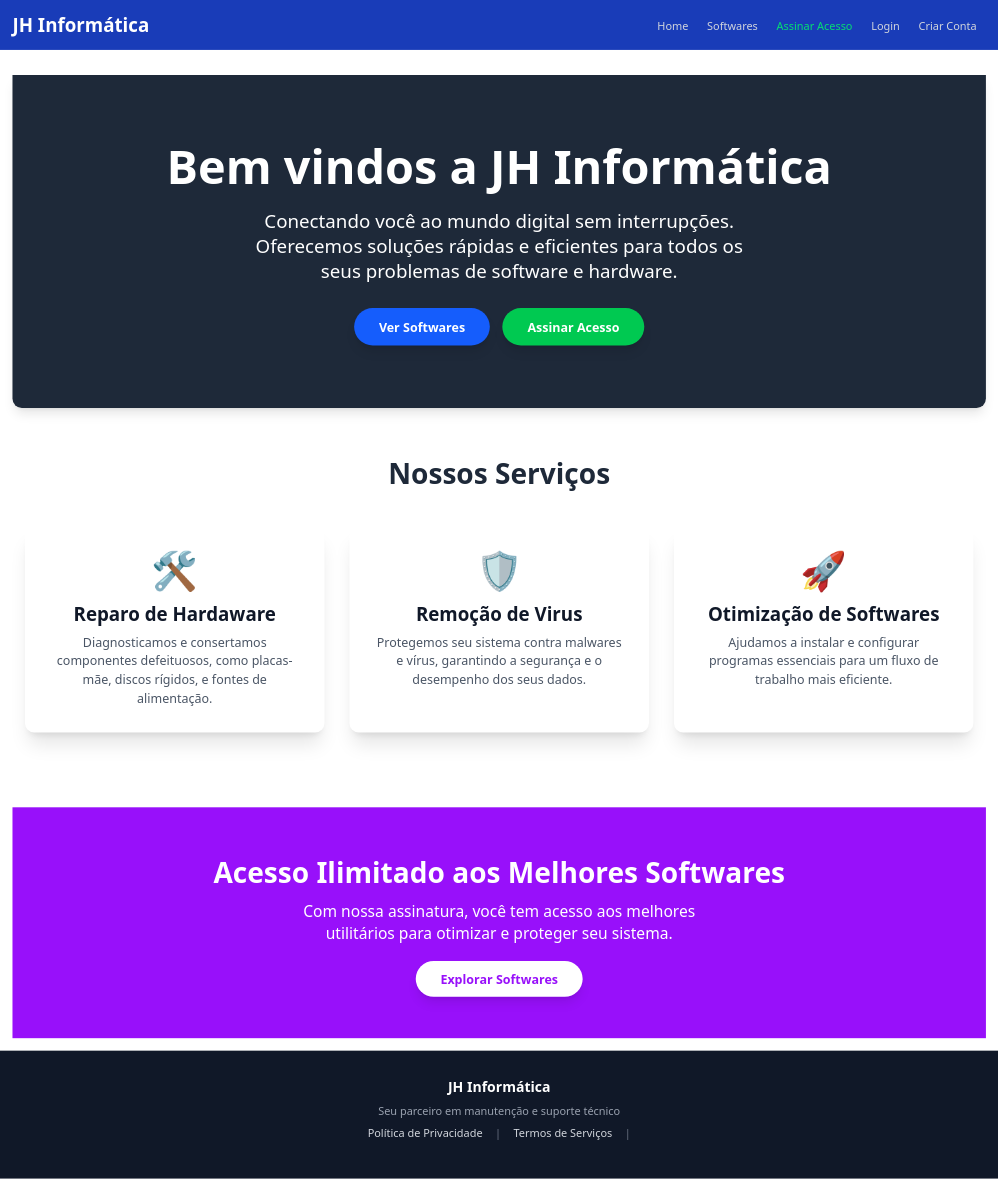
Repository: estevam02009/jh-info
Page: / (app in frontend/)
An editor plug-in stored every save of this project. The page is shown before and after the next save, followed by the edit.
The browser window is 1280 px wide. The pictures show the whole page, at 78% of full size.
The project was rebuilt for these pictures with package versions that can differ from the ones it lists, and the page was loaded fresh each time. Also part of the build but not shown: frontend/src/pages/Login.jsx, frontend/src/pages/Register.jsx, frontend/src/pages/Dashboard.jsx, frontend/src/components/ProtectedRoute.jsx, frontend/src/pages/SoftwareList.jsx, frontend/src/pages/SoftwareDetails.jsx, frontend/src/pages/SoftwareManagement.jsx, frontend/src/pages/PaymentPage.jsx and 1 more.

Above is the page before, as saved 2025-07-13 13:55:45.

### frontend/index.html
<!doctype html>
<html lang="en">
  <head>
    <meta charset="UTF-8" />
    <link rel="icon" type="image/svg+xml" href="/vite.svg" />
    <meta name="viewport" content="width=device-width, initial-scale=1.0" />
    <title>JH Informática</title>
  </head>
  <body>
    <div id="root"></div>
    <script type="module" src="/src/main.jsx"></script>
  </body>
</html>

### frontend/src/main.jsx
// src/main.jsx
import React from 'react';
import ReactDOM from 'react-dom/client';
import App from './App.jsx';
import './index.css'; // Para estilos globais
import { BrowserRouter } from 'react-router-dom';
import { AuthProvider } from './context/AuthContext.jsx'; // Contexto de Autenticação

ReactDOM.createRoot(document.getElementById('root')).render(
    <React.StrictMode>
        <BrowserRouter>
            <AuthProvider> {/* O AuthProvider envolve toda a aplicação */}
                <App />
            </AuthProvider>
        </BrowserRouter>
    </React.StrictMode>,
);

### frontend/src/App.jsx
import React from "react";
import {Link, Routes, Route} from "react-router-dom";
import Login from "./pages/Login.jsx";
import Register from "./pages/Register.jsx";
import Home from "./pages/Home.jsx";
import Dashboard from "./pages/Dashboard.jsx";
import ProtectedRoute from "./components/ProtectedRoute";
import SoftwareList from "./pages/SoftwareList";
import SoftwareDetails from "./pages/SoftwareDetails";
import SoftwareManagement from "./pages/SoftwareManagement";
import PaymentPage from "./pages/PaymentPage";
import MySoftwares from "./pages/MySoftwares.jsx";
import { useAuth } from "./context/AuthContext";


const App = () => {

    const { user, logout } = useAuth(); // Obtém o estado do usuário e a função de logout

    return (
        <>
            <nav className="bg-blue-800 p-4">
                <div className="container mx-auto flex justify-between items-center">
                    <Link to="/" className="text-white text-2xl font-bold">JH Informática</Link>
                    <div>
                        <Link to="/" className="text-gray-300 hover:bg-white hover:text-blue-500 px-3 py-2 rounded-md text-sm font-medium">Home</Link>
                        <Link to="/softwares" className="text-gray-300 hover:bg-white hover:text-blue-500 px-3 py-2 rounded-md text-sm font-medium">Softwares</Link>

                        {/* Link para a página de Pagamento/Assinatura */}
                        {!user?.hasPaidAccess && (
                            <Link to="/subscribe" className="text-green-400 hover:bg-gray-700 hover:text-green-200 px-3 py-2 rounded-md text-sm font-medium">Assinar Acesso</Link>
                        )}

                    {/*    Links visiveis apenas se o usuário estiver logado    */}
                        {user ? (
                            <>
                                <Link to="/dashboard" className="text-gray-300 hover:bg-white hover:text-blue-500 px-3 py-2 rounded-md text-sm font-medium">Dashboard</Link>
                                {user.hasPaidAccess && ( // Mostrar "Meus Softwares" apenas se tiver pago
                                    <Link to="/my-softwares" className="text-gray-300 hover:bg-white hover:text-blue-500 px-3 py-2 rounded-md text-sm font-medium">Meus Softwares</Link>
                                )}
                            {/* Link para gerenciamento de softwares - visivel apenas para admins logados */}
                                {user.role === "admin" && (
                                    <Link to="/admin/softwares" className="text-gray-300 hover:bg-white hover:text-blue-500 px-3 py-2 rounded-md text-sm font-medium">Gerenciar Softwares</Link>
                                )}
                                <button
                                    onClick={logout}
                                    className="bg-red-600 hover:bg-red-800 px-3 py-2 rounded-md text-sm text-white font-medium ml-4"
                                >Sair</button>
                            </>
                        ) : (

                            <>
                                {/* Links visivéis apenas se o usuário não estiver logado */}
                                <Link to="/login" className="text-gray-300 hover:bg-white hover:text-blue-500 px-3 py-2 rounded-md text-sm font-medium">Login</Link>
                                <Link to="/register" className="text-gray-300 hover:bg-white hover:text-blue-500 px-3 py-2 rounded-md text-sm font-medium">Criar Conta</Link>
                            </>
                        )}
                    </div>
                </div>
            </nav>

            {/* Conteúdo principal*/}
            <div className="container mx-auto p-4 mt-4">
                <Routes>
                    <Route path="/" element={<Home />} />
                    <Route path="/login" element={<Login />} />
                    <Route path="/register" element={<Register />} />

                    <Route path="/softwares" element={<SoftwareList />} /> {/* <-- Nova Rota */}
                    <Route path="/softwares/:id" element={<SoftwareDetails />} />

                    {/* Rota para a página de assinatura. É acessível se o usuário estiver logado ou não, mas a lógica de pagamento exige login */}
                    <Route path="/subscribe" element={<PaymentPage />} />

                {/* Rotas protegidas */}
                    <Route element={<ProtectedRoute />}>
                        <Route path="/dashboard" element={<Dashboard />}></Route>
                        <Route path="/my-softwares" element={<MySoftwares />} />
                    </Route>

                    <Route element={<ProtectedRoute allowedRoles={['admin']} />}>
                        <Route path="/admin/softwares" element={<SoftwareManagement />} />
                    </Route>

                    <Route path="*" element={<h2 className="text-4xl font-bold text-red-500">404 - Página não encontrada</h2>}></Route>
                </Routes>
            </div>

            {/* Footer (Rodapé) */}
            <footer className='bg-gray-900 p-4 text-white py-8 px-4 mt-auto'>
                <div className="container mx-auto text-center">
                    <p className="text-lg font-bold mb-2">JH Informática</p>
                    <p className='text-sm text-gray-400 mb-2'>Seu parceiro em manutenção e suporte técnico</p>
                    <div className="flex justify-center space-x-4 mb-4">
                        <Link to="/privacy" className="text-gray-300 hover:text-white text-sm">Política de Privacidade</Link>
                        <span className="text-gray-500 text-sm">|</span>
                        <Link to="/terms" className="text-gray-300 hover:text-white text-sm">Termos de Serviços</Link>
                        <span className="text-gray-500 text-sm">|</span>
                    </div>
                </div>
            </footer>
        </>
    )
}

export default App;

### frontend/src/context/AuthContext.jsx
// src/context/AuthContext.jsx
import React, { createContext, useState, useEffect, useContext } from 'react';
import axios from 'axios';

const AuthContext = createContext();

export const AuthProvider = ({ children }) => {
    // O estado 'user' agora conterá o campo 'hasPaidAccess'
    const [user, setUser] = useState(null);
    const [token, setToken] = useState(null);
    const [loading, setLoading] = useState(true); // Para saber se o token está sendo verificado

    // Base da URL da sua API
    const API_URL = 'http://localhost:5000/api'; // Certifique-se que a porta está correta

    // Carrega o token e usuário do localStorage ao iniciar
    useEffect(() => {
        const storedToken = localStorage.getItem('token');
        const storedUser = localStorage.getItem('user');

        if (storedToken && storedUser) {
            setToken(storedToken);

            if (storedToken && storedUser) {
                setToken(storedToken);
                // Garante que o usuário no estado inclui 'hasPaidAccess'
                try {
                    const userData = JSON.parse(storedUser);
                    setUser(userData);
                } catch (error) {
                    console.error('Erro ao fazer parse do usuário do localStorage:', error);
                    localStorage.removeItem('token');
                    localStorage.removeItem('user');
                }
            }

            // Configura o token no cabeçalho padrão do Axios para todas as requisições
            axios.defaults.headers.common['Authorization'] = `Bearer ${storedToken}`;
        }
        setLoading(false);
    }, []);

    const login = async (email, password) => {
        try {
            const response = await axios.post(`${API_URL}/auth/login`, { email, password });
            const { token, hasPaidAccess, ...userData } = response.data; // Capture 'hasPaidAccess'

            setToken(token);
            // Certifique-se de que o objeto user no estado inclui hasPaidAccess
            setUser({ ...userData, hasPaidAccess: hasPaidAccess });

            localStorage.setItem('token', token);
            // Armazene o objeto de usuário completo no localStorage, incluindo 'hasPaidAccess'
            localStorage.setItem('user', JSON.stringify({ ...userData, hasPaidAccess: hasPaidAccess }));

            axios.defaults.headers.common['Authorization'] = `Bearer ${token}`; // Atualiza o header
            return response.data;
        } catch (error) {
            console.error('Erro de login:', error.response?.data || error.message);
            throw error.response?.data || { message: 'Erro ao fazer login' };
        }
    };

    // Função para atualizar o estado do usuário (útil após o pagamento)
    const updateUserAccessStatus = (updatedUser) => {
        setUser(updatedUser);
        localStorage.setItem('user', JSON.stringify(updatedUser));
    }

    const register = async (name, email, password, role = 'user') => {
        try {
            const response = await axios.post(`${API_URL}/auth/register`, { name, email, password, role });
            // Geralmente, após o registro, você pode logar o usuário automaticamente ou redirecioná-lo para a tela de login
            return response.data;
        } catch (error) {
            console.error('Erro de registro:', error.response?.data || error.message);
            throw error.response?.data || { message: 'Erro ao registrar' };
        }
    };

    const logout = () => {
        setToken(null);
        setUser(null);
        localStorage.removeItem('token');
        localStorage.removeItem('user');
        delete axios.defaults.headers.common['Authorization']; // Remove o header do Axios
    };

    return (
        <AuthContext.Provider value={{ user, token, loading, login, register, logout, updateUserAccessStatus }}>
            {children}
        </AuthContext.Provider>
    );
};

export const useAuth = () => useContext(AuthContext);

### frontend/src/pages/Home.jsx
import React from 'react';
import { Link } from 'react-router-dom';

const Home = () => {
    return (
        <div className="flex flex-col items-center">

            {/* Seção Principal (Hero) */}
            <div className='bg-gray-800 text-white w-full py-20 px-4 text-center rounded-b-xl shadow-lg'>
                <h1 className='text-5xl md:text-6xl font-extrabold leading-tight mb-4'>
                    Bem vindos a JH Informática
                </h1>
                <p className='text-xl md:text-2xl font-light max-w-2xl mx-auto mb-8'>
                    Conectando você ao mundo digital sem interrupções. Oferecemos soluções rápidas e eficientes para todos os seus problemas de software e hardware.
                </p>
                <div className="flex justify-center space-x-4">
                    <Link
                        to="/softwares"
                        className="bg-blue-600 hover:bg-blue-700 text-white font-bold py-3 px-8 rounded-full shadow-lg transition duration-300"
                    >
                        Ver Softwares
                    </Link>
                    <Link
                        to="/subscribe"
                        className="bg-green-500 hover:bg-green-700 text-white font-bold py-3 px-8 rounded-full shadow-lg transition duration-300"
                    >
                        Assinar Acesso
                    </Link>
                </div>
            </div>

            {/* Seção nossos serviços */}
            <div className="container mx-auto py-16 px-4">
                <h2 className="text-4xl font-bold text-center text-gray-800 mb-12">Nossos Serviços</h2>
                <div className='grid grid-cols-1 md:grid-cols-2 lg:grid-cols-3 gap-8'>

                    {/* Card de Serviços */}
                    <div className='bg-white rounded-xl shadow-xl p-8 text-center transition-transform transform hover:scale-106 duration-300'>
                        <div className='text-5xl text-blue-600 mb-4'>🛠️</div>
                        <h3 className='text-2xl font-semibold text-gray-900 mb-2'>Reparo de Hardaware</h3>
                        <p className='text-gray-600'>
                            Diagnosticamos e consertamos componentes defeituosos, como placas-mãe, discos rígidos, e fontes de alimentação.
                        </p>
                    </div>

                    {/* Card de Serviços 2 */}
                    <div className='bg-white rounded-xl shadow-xl p-8 text-center transition-transform transform hover:scale-106 duration-300'>
                        <div className='text-5xl text-blue-600 mb-4'>🛡️</div>
                        <h3 className='text-2xl font-semibold text-gray-900 mb-2'>Remoção de Virus</h3>
                        <p className='text-gray-600'>
                            Protegemos seu sistema contra malwares e vírus, garantindo a segurança e o desempenho dos seus dados.
                        </p>
                    </div>

                    {/* Card de Serviços 2 */}
                    <div className='bg-white rounded-xl shadow-xl p-8 text-center transition-transform transform hover:scale-106 duration-300'>
                        <div className='text-5xl text-blue-600 mb-4'>🚀</div>
                        <h3 className='text-2xl font-semibold text-gray-900 mb-2'>Otimização de Softwares</h3>
                        <p className='text-gray-600'>
                            Ajudamos a instalar e configurar programas essenciais para um fluxo de trabalho mais eficiente.
                        </p>
                    </div>
                </div>
            </div>

            {/* Seção de chamada para a ação */}
            <div className="w-full bg-purple-600 text-white text-center py-16 px-4 mt-8">
                <h2 className="text-3xl md:text-4xl font-bold mb-4">Acesso Ilimitado aos Melhores Softwares</h2>
                <p className="text-lg md:text-xl font-light mb-8 max-w-xl mx-auto">
                    Com nossa assinatura, você tem acesso aos melhores utilitários para otimizar e proteger seu sistema.
                </p>
                <Link
                    to="/softwares"
                    className="bg-white text-purple-600 font-bold py-3 px-8 rounded-full shadow-lg transition duration-300 hover:bg-gray-100"
                >
                    Explorar Softwares
                </Link>
            </div>
        </div>
    )
}

export default Home;

Loaded but not shown: frontend/src/index.css (common file)

After the next save:
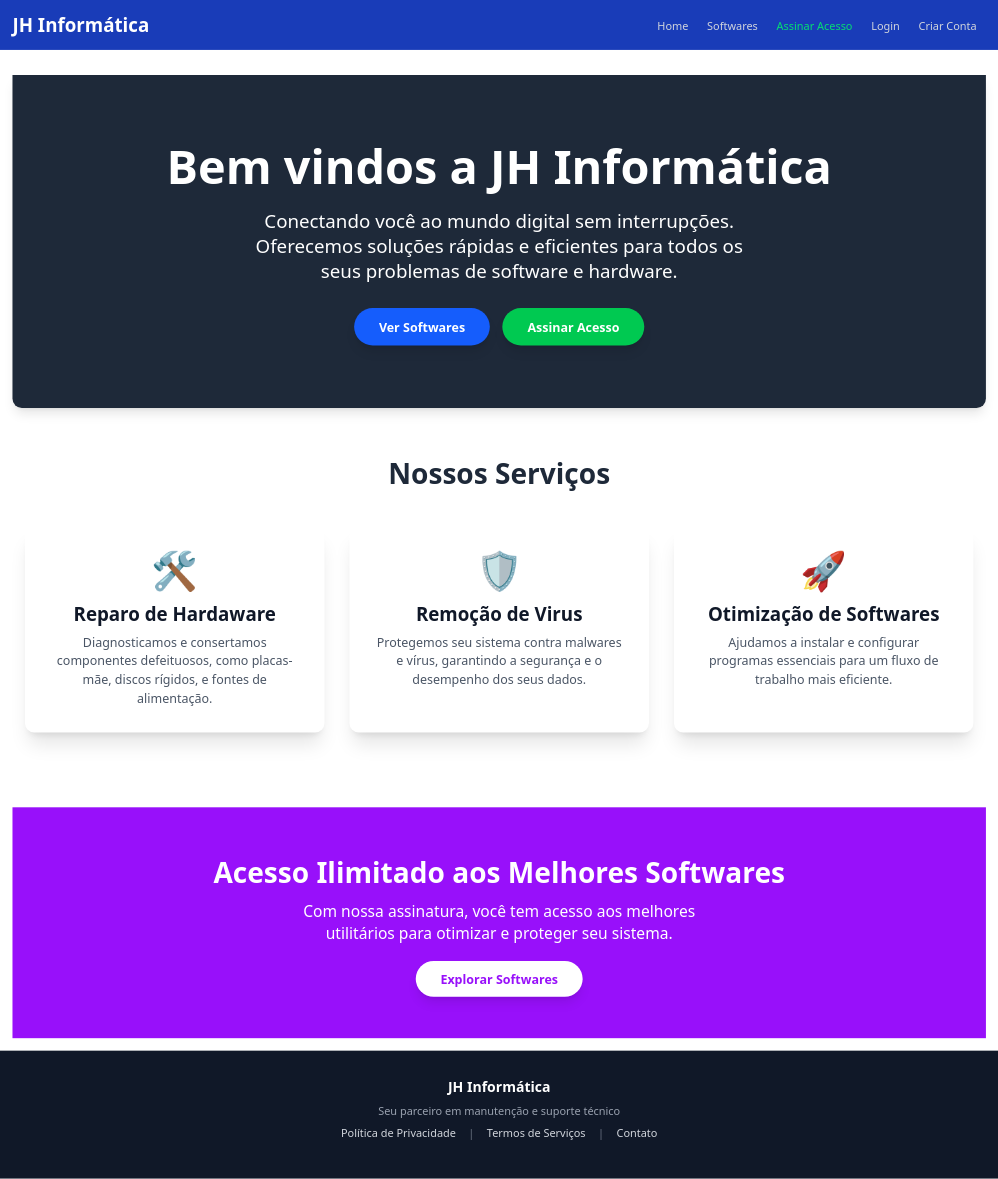
Saved 33 s later.
--- a/frontend/src/App.jsx
+++ b/frontend/src/App.jsx
@@ -96,6 +96,7 @@ const App = () => {
                         <span className="text-gray-500 text-sm">|</span>
                         <Link to="/terms" className="text-gray-300 hover:text-white text-sm">Termos de Serviços</Link>
                         <span className="text-gray-500 text-sm">|</span>
+                        <Link to="/contact" className="text-gray-300 hover:text-white text-sm">Contato</Link>
                     </div>
                 </div>
             </footer>
